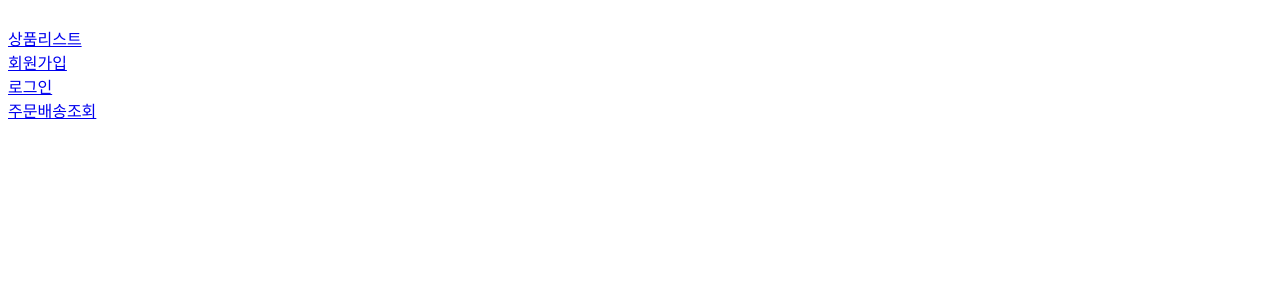
Repository: lhc8607git/SungsimdangPro
Page: http://localhost/ssdPro/default.jsp
These files come from the project's save history. The page is drawn as it stood at one moment and after the next save; the edit follows.
The browser window is 1280 px wide. The pictures show the whole page.
The page is served by Tomcat 9. Other server files are loaded and not shown.

Above is the page before, as saved 2022-01-13 07:23:40.

### ssdPro/src/main/webapp/default.jsp
<%@ page language="java" contentType="text/html; charset=UTF-8"
	pageEncoding="UTF-8"%>
<%@taglib prefix="c" uri="http://java.sun.com/jsp/jstl/core"%>
<!DOCTYPE html>
<html>
<head>
<meta charset="UTF-8">
<title>Insert title here</title>
</head>
<body>
	${sessionScope.user.memb_code } <br />
	<a href="product/sublist.asp">상품리스트</a>
	<br />
	<a href="member/regist_agree.asp">회원가입</a>
	<br />
	<a href="member/login.asp">로그인</a>
	<br />
	<a href="my/order_total.asp">주문배송조회</a>
	<br />
<!-- 	<a href="cscenter.asp">장바구니</a> -->
<!-- 	<br /> -->
</body>
</html>

After the next save:
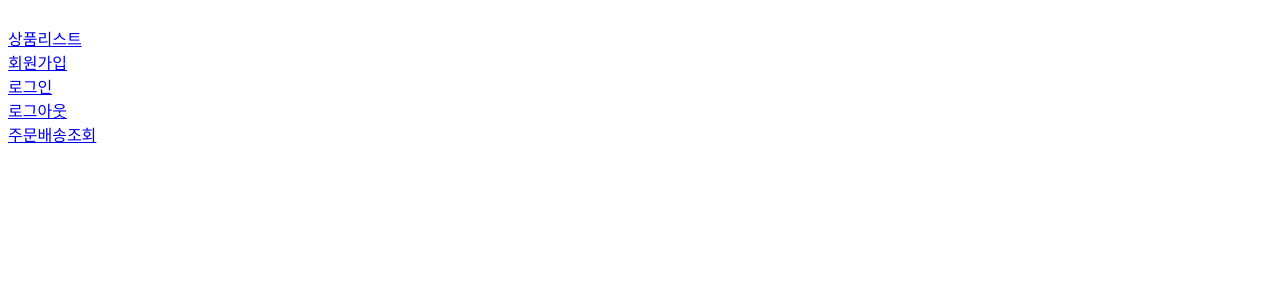
Saved 23 s later.
--- a/ssdPro/src/main/webapp/default.jsp
+++ b/ssdPro/src/main/webapp/default.jsp
@@ -15,6 +15,8 @@
 	<br />
 	<a href="member/login.asp">로그인</a>
 	<br />
+	<a href="member/logout.asp">로그아웃</a>
+	<br />
 	<a href="my/order_total.asp">주문배송조회</a>
 	<br />
 <!-- 	<a href="cscenter.asp">장바구니</a> -->
